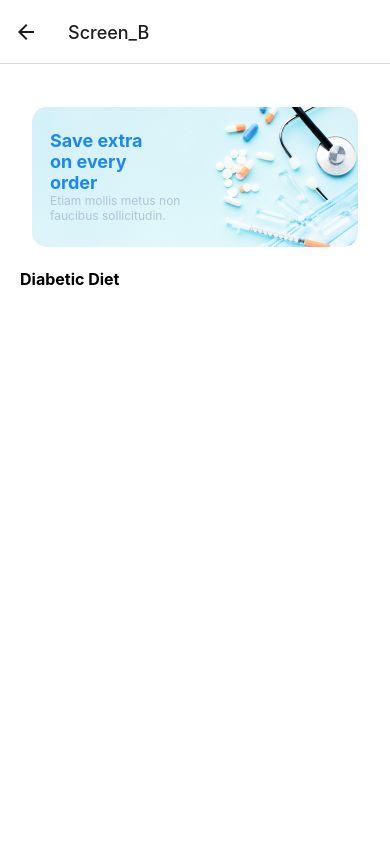
Repository: ntu34543/designReactNative
Screen: /Screen_B
The author's editor kept a copy of each file at every save. The screen is drawn from the files as they stood at one save, then again after a run of saves.
An inner scrolling area shows only its first screen. The app was drawn by React Native's web renderer in a window 390 px wide. The project was rebuilt for these pictures with package versions that can differ from the ones it lists, and the page was loaded fresh each time.

Above is the screen before, as saved 2022-10-18 17:02:42.

### App.js
import { StatusBar } from "expo-status-bar";
import { StyleSheet, Text, View, Pressable, TabBarIOSItem } from "react-native";
import { NavigationContainer } from "@react-navigation/native";
import { createStackNavigator } from "@react-navigation/stack";
import ScreenA from "./page/Home";
import ScreenB from "./page/DiabetesCare";
import FontAwesome5 from "react-native-vector-icons/FontAwesome5";

const Stack = createStackNavigator();
const Tab = createStackNavigator();
export default function App() {
  return (
    <NavigationContainer>
      <Tab.Navigator
        // screenOptions={{ header: () => null }}
        screenOptions={({ route }) => ({
          tabBarIcon: ({ focused, size, color }) => {
            let iconName;
            if (route.name === "Screen_A") {
              iconName = "autoprefixer";
              size = focused ? 25 : 20;
              // color = focused ? "#f0f" : "#555";
            } else if (route.name === "Screen_B") {
              iconName = "btc";
              size = focused ? 25 : 20;
              // color = focused ? "#f0f" : "#555";
            }
            return <FontAwesome5 name={iconName} size={size} color={color} />;
          },
        })}
        tabBarOptions={{
          activeTintColor: "#f0f",
          inactiveTintColor: "#555",
          inactiveBackgroundColor: "#999",
          showLabel: true,
          labelStyle: { fontSize: 14 },
        }}
      >
        <Tab.Screen
          name="Screen_A"
          component={ScreenA}
          options={{ tabBarBadge: 3 }}
        />
        {/* options={{header: () => null}} */}
        <Tab.Screen name="Screen_B" component={ScreenB} />
      </Tab.Navigator>
    </NavigationContainer>
  );
}

### page/Home.js
import { StatusBar } from "expo-status-bar";
import { StyleSheet, Text, View, Pressable } from "react-native";

export default function ScreenA({ navigation }) {
  const onPressHandler = () => {
    navigation.navigate("Screen_B");
    // navigation.replace("Screen_B");
  };
  return (
    <View style={styles.body}>
      <Text style={styles.text}>Screen A</Text>
      <Pressable
        onPress={onPressHandler}
        style={({ pressed }) => ({
          backgroundColor: pressed ? "#ddd" : "#0f0",
        })}
      >
        <Text style={styles.text}>Go to the Screen B</Text>
      </Pressable>
    </View>
  );
}

const styles = StyleSheet.create({
  body: {
    flex: 1,
    justifyContent: "center",
    alignItems: "center",
  },
  text: {
    fontSize: 30,
    fontWeight: "bold",
  },
});

### page/DiabetesCare.js
import { StatusBar } from "expo-status-bar";
import { StyleSheet, Text, View, Pressable, Image } from "react-native";

export default function ScreenB({ navigation }) {
  const onPressHandler = () => {
    navigation.navigate("Screen_A");
    // navigation.goBack();
  };
  return (
    <View style={styles.body}>
      <View style={styles.banner}>
        <View style={styles.imgHeader}>
          <Image
            style={styles.image}
            source={require("../assets/img/banner.png")}
          />
        </View>
        <View style={styles.title}>
          <Text style={styles.title1}>Save extra on every order</Text>
          <Text style={styles.title2}>
            Etiam mollis metus non faucibus sollicitudin.{" "}
          </Text>
        </View>
      </View>
      <View style={styles.topPro}>
        <Text style={styles.title3}>Diabetic Diet</Text>
      </View>
    </View>
  );
}

const styles = StyleSheet.create({
  body: {
    flex: 1,
    backgroundColor: "white",
    padding: 20,
  },
  text: {
    fontSize: 30,
    fontWeight: "bold",
  },
  banner: {
    justifyContent: "center",
    alignItems: "center",
    // marginTop: 100,
    flex: 1,
  },
  imgHeader: {
    position: "absolute",
  },
  title: {
    position: "absolute",
    paddingRight: 120,
  },
  title1: {
    color: "#1987FB",
    fontSize: 18,
    width: 110,
    fontWeight: "bold",
  },
  title2: {
    fontSize: 12,
    width: 170,
    fontWeight: "light",
    color: "#b0c4d4",
  },
  image: {
    borderRadius: 15,
  },
  topPro: {
    flex: 3,
  },
  title3: {
    position: "relative",
    fontSize: 16,
    fontWeight: "bold",
  },
});

After the next 3 saves:
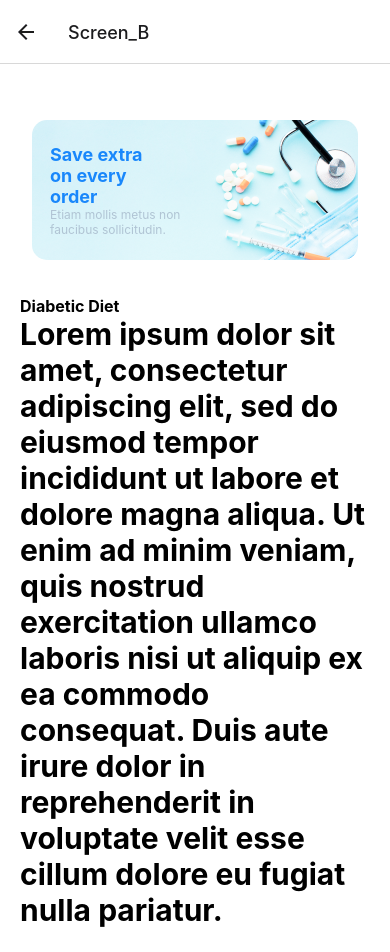
The 3 saves are shown as one change because 1 did not build or start and some came seconds apart.
The last was saved 2 days later.
--- a/page/DiabetesCare.js
+++ b/page/DiabetesCare.js
@@ -1,5 +1,5 @@
 import { StatusBar } from "expo-status-bar";
-import { StyleSheet, Text, View, Pressable, Image } from "react-native";
+import { StyleSheet, Text, View, Pressable, Image, ScrollView } from "react-native";
 
 export default function ScreenB({ navigation }) {
   const onPressHandler = () => {
@@ -24,6 +24,17 @@ export default function ScreenB({ navigation }) {
       </View>
       <View style={styles.topPro}>
         <Text style={styles.title3}>Diabetic Diet</Text>
+        <ScrollView style={styles.scrollView}>
+          <Text style={styles.text}>
+            Lorem ipsum dolor sit amet, consectetur adipiscing elit, sed do
+            eiusmod tempor incididunt ut labore et dolore magna aliqua. Ut enim
+            ad minim veniam, quis nostrud exercitation ullamco laboris nisi ut
+            aliquip ex ea commodo consequat. Duis aute irure dolor in
+            reprehenderit in voluptate velit esse cillum dolore eu fugiat nulla
+            pariatur. Excepteur sint occaecat cupidatat non proident, sunt in
+            culpa qui officia deserunt mollit anim id est laborum.
+          </Text>
+        </ScrollView>
       </View>
     </View>
   );
